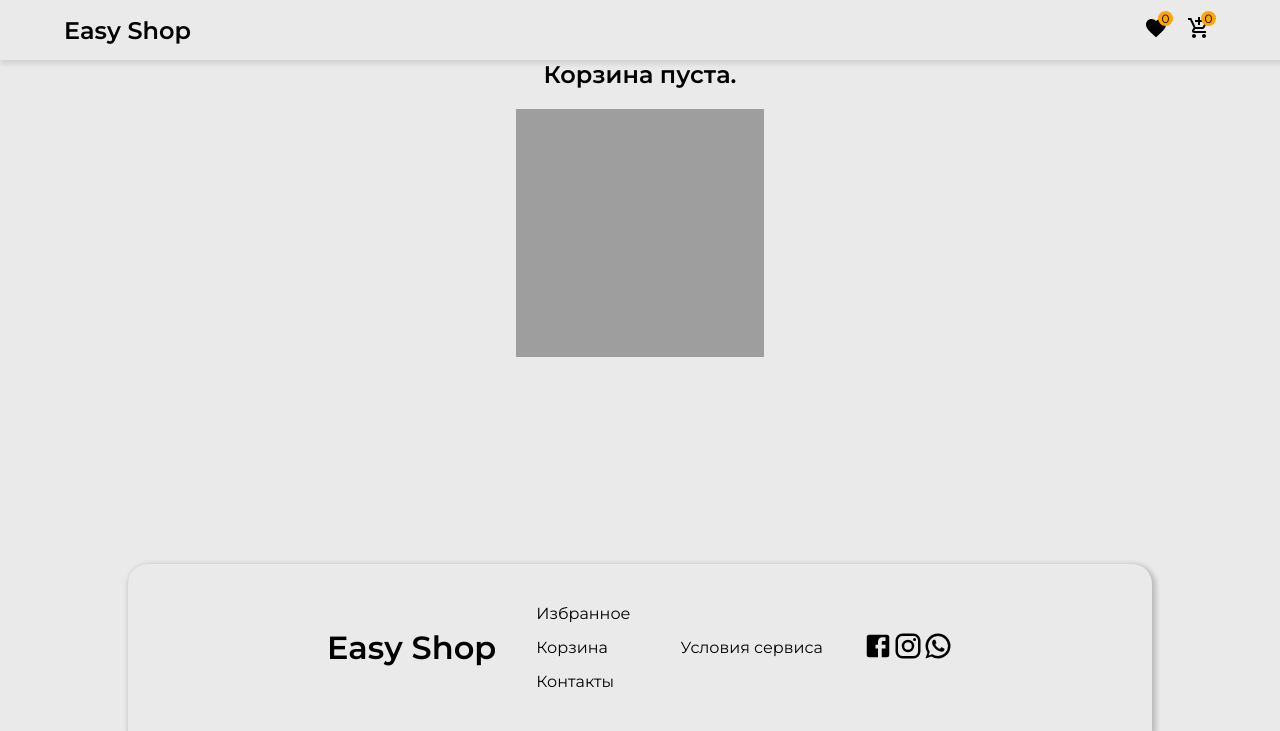
Repository: Nurlan-Bakenbaev/Easy-Shop-Firebase
Page: /cart
These files come from the project's save history. The page is drawn as it stood at one moment and after the next save; the edit follows.
The browser window is 1280 px wide. The pictures show the whole page.
Pictures or frames that could not be fetched are drawn as grey boxes. The project was rebuilt for these pictures with package versions that can differ from the ones it lists, and the page was loaded fresh each time. Also part of the build but not shown: vite.config.js, src/App.css, src/components/banner/Banner.css, src/components/banner/Banner.jsx, src/components/Card.css, src/components/Card.jsx, src/config/firebase.js, src/components/pages/Home.jsx and 12 more.

Above is the page before, as saved 2023-08-16 22:07:43.

### index.html
<!doctype html>
<html lang="en">
  <head>
    <meta charset="UTF-8" />
    <link rel="icon" href="https://firebasestorage.googleapis.com/v0/b/kleinerladen-6644f.appspot.com/o/icons8-gescha%CC%88ft-48.png?alt=media&token=b65c329f-4ff2-43c8-be87-2ec025365196" >
    <link rel="preconnect" href="https://fonts.googleapis.com">
    <link rel="preconnect" href="https://fonts.gstatic.com" crossorigin>
    <link href="https://fonts.googleapis.com/css2?family=Montserrat:wght@400;600&display=swap" rel="stylesheet">
    <link rel="preconnect" href="https://fonts.googleapis.com">
<link rel="preconnect" href="https://fonts.gstatic.com" crossorigin>
<link href="https://fonts.googleapis.com/css2?family=Poppins:wght@300;600&display=swap" rel="stylesheet">
    <link rel="icon" type="image/svg+xml" href="/vite.svg" />
    <meta name="viewport" content="width=device-width, initial-scale=1.0" />
    <title>Small Shop</title>
  </head>
  <body>
    <div id="root"></div>
    <script type="module" src="/src/main.jsx"></script>
  </body>
</html>

### src/main.jsx
import React from "react";
import ReactDOM from "react-dom/client";
import App from "./App.jsx";
import "./index.css";

ReactDOM.createRoot(document.getElementById("root")).render(
  <React.StrictMode>

      <App />
  </React.StrictMode>
);

### src/App.jsx
import Navbar from "./components/navbar/Navbar";
import "./App.css";
import Home from "./components/pages/Home";
import { BrowserRouter, Routes, Route, json } from "react-router-dom";
import Footer from "./components/footer/Footer";
import Favorites from "./components/pages/Favorites";
import TermsOfUse from "./components/pages/TermsOfUse";
import Contacs from "./components/pages/Contacs";
import { useState, useEffect } from "react";
import AboutProduct from "./components/pages/AboutPage/AboutProduct";
import Cart from "./components/pages/CartPage/Cart";
import Order from "./components/pages/VerifyingOrder/Order";

function App() {
  const [favorite, setFavorite] = useState([]);
  const [cartItem, setCartItem] = useState([]);

  const handleAddToCart = (item) => {
    const existItem = cartItem.find((el) => el.id === item.id);
    if (existItem) {
      const updatedCart = cartItem.map((el) =>
        el.id === item.id ? { ...el, total: el.total + 1 } : el
      );
      setCartItem(updatedCart);
      localStorage.setItem("products", JSON.stringify(updatedCart));
    } else {
      const newItem = { ...item, total: 1 };
      setCartItem([...cartItem, newItem]);
    }
  };
  const removeFromToCart = (item) => {
    const existItem = cartItem.find((el) => el.id === item.id);
    if (existItem) {
      const updatedCart = cartItem.map((el) =>
        el.id === item.id ? { ...el, total: Math.max(1, el.total - 1) } : el
      );
      setCartItem(updatedCart);
      localStorage.setItem("products", JSON.stringify(updatedCart));
    } else {
      const newItem = { ...item, total: 1 };
      setCartItem([...cartItem, newItem]);
    }
  };
  useEffect(() => {
    const local = JSON.parse(localStorage.getItem("products"));
    if (local) {
      setCartItem(local);
    }
  }, []);
  const deleteItemfromCart = (item) => {
    const newProduct = cartItem.filter((el) => el.id !== item.id);
    localStorage.setItem("products", JSON.stringify(newProduct));
    setCartItem(newProduct);
  };

  const handleFavorite = (fav) => {
    const newFavorite = favorite.filter((el) => el.name !== fav.name);
    localStorage.setItem("favorite", JSON.stringify(newFavorite));
    setFavorite(newFavorite);
  };

  function handleClick(item) {
    let isPresent = false;
    favorite.forEach((product) => {
      if (item.name === product.name) isPresent = true;
    });
    if (isPresent) return;
    localStorage.setItem("favorite", JSON.stringify(favorite));
    setFavorite([...favorite, item]);
  }
  useEffect(() => {
    const favorits = JSON.parse(localStorage.getItem("favorite"));
    if (favorits) {
      setFavorite(favorits);
    }
  }, []);
  return (
    <>
      <BrowserRouter>
        <Navbar size={favorite.length} items={cartItem} />
        <div className="container">
          <Routes>
            <Route
              path="/"
              element={
                <Home
                  handleClick={handleClick}
                  handleFavorite={handleFavorite}
                  favorite={favorite}
                />
              }
            />
            <Route
              path="/favorites"
              element={
                <Favorites
                  favorite={favorite}
                  handleFavorite={handleFavorite}
                />
              }
            />
            <Route path="/terms" element={<TermsOfUse />} />
            <Route path="/contacs" element={<Contacs />} />
            <Route
              path="/aboutproduct/:id"
              element={<AboutProduct handleAddToCart={handleAddToCart} />}
            />
            <Route
              path="/cart"
              element={
                <Cart
                  cartItem={cartItem}
                  deleteItemfromCart={deleteItemfromCart}
                  removeFromToCart={removeFromToCart}
                  handleAddToCart={handleAddToCart}
                />
              }
            />
            <Route path="/orderpage" element={<Order cartItem={cartItem} />} />
          </Routes>
        </div>
        <Footer />
      </BrowserRouter>
    </>
  );
}

export default App;

### src/index.css
*{
    padding: 0;
    margin: 0;
    box-sizing: border-box;
    font-family: 'Montserrat', sans-serif;

}
body{
    background-color: #EAEAEA;
}
.container{
    width: 90%;
    margin: 0 auto;
    min-height: 70vh;
}
a{
    text-decoration: none;
    color: black;
    cursor: pointer;
}
li{
    list-style-type:none;
}
iframe{
    border: none;
}
@media (max-width:320px){
    .container{
        width: 100%;
        padding: 15px;
      }
      .terms {
        margin: 10px;
        gap: 20px;
      }
}

### src/components/navbar/Navbar.jsx
import React from "react";
import "./Navbar.css";
import FavoriteIcon from "@mui/icons-material/Favorite";
import AddShoppingCartIcon from "@mui/icons-material/AddShoppingCart";
import { Link } from "react-router-dom";
const Navbar = ({ size,items }) => {

  const totalQuantity = items.reduce((total, item) => total + item.total, 0);
  return (
    <>
      <header>
        <nav>
          <div className="left-nav dflex">
            <Link to={"/"}>
              <h2>Easy Shop</h2>
            </Link>

            {/* <select id="choose Phone">
              <option value="iphone-13">Выбрать модель</option>
              <option value="iphone-13-pro">iPhone 13 Pro</option>
              <option value="iphone-13-mini">iPhone 13 Mini</option>
              <option value="iphone-se-2022">iPhone SE </option>
              <option value="iphone-se-plus">iPhone SE Plus</option>
            </select> */}
          </div>
          <div className="right-nav dflex">
            <div className="favotite-icon">
              <Link to={"/favorites"}>
                <FavoriteIcon />
                <span>{size}</span>
              </Link>
            </div>
            <div className="cart-icon">
              <Link to={'/cart'}>
                <AddShoppingCartIcon />
              </Link>
              <span>{totalQuantity}</span>
            </div>
          </div>
        </nav>
      </header>
    </>
  );
};

export default Navbar;

### src/components/footer/Footer.jsx
import React from "react";
import FacebookIcon from "@mui/icons-material/Facebook";
import InstagramIcon from "@mui/icons-material/Instagram";
import WhatsAppIcon from "@mui/icons-material/WhatsApp";
import { Link } from "react-router-dom";
import "./Footer.css";
const Footer = () => {
  return (
    <footer className="footer ">
      <div>
        <Link to={"/"}>
          <h1>Easy Shop</h1>
        </Link>
      </div>
      <div>
        <ul>
          <Link to={"/favorites"}>
            {" "}
            <li>Избранное</li>
          </Link>

          <li>
            <Link to={"/cart"}>Корзина</Link>
          </li>
          <Link to={"/contacs"}>
            <li>Контакты</li>
          </Link>
        </ul>
      </div>
      <div>
        <Link to={"/terms"}>
          <p style={{ padding: "10px", borderRadius: "20px" }}>
            Условия сервиса
          </p>
        </Link>
      </div>
      <div className="social-media">
        <FacebookIcon />
        <InstagramIcon />
        <WhatsAppIcon />
      </div>
    </footer>
  );
};

export default Footer;

### src/components/pages/CartPage/Cart.jsx
import "./Cart.css";
import DeleteIcon from "@mui/icons-material/Delete";
import { Link } from "react-router-dom";

const Cart = ({
  cartItem,
  deleteItemfromCart,
  handleAddToCart,
  removeFromToCart,
}) => {
  if (!cartItem || cartItem.length === 0) {
    return (
      <div style={{display:'flex',alignItems:'center',justifyContent:'center',flexDirection:'column-reverse'}}>
        <img style={{width:'40vh', height:'40vh', padding:'20px'}} src='https://firebasestorage.googleapis.com/v0/b/kleinerladen-6644f.appspot.com/o/Illustration.png?alt=media&token=533dcc39-1e48-4d73-9b09-15d122d75f39' alt="Пустая Корзина" />
        <h2 style={{ textAlign: "center" }}>Корзина пуста.</h2>
      </div>
    );
  }
  return (
    <div className="cart-wrapper">
      <div className="cart-container">
        {cartItem.map((item, index) => (
          <div className="cart-item" key={index}>
            <div className="item-data">
              <div>
                <img src={item.img} alt={item.title} />
                <div className="cart-btn d-flex">
                  <button onClick={() => removeFromToCart(item)}>-</button>
                  <span>{item.total}</span>
                  <button onClick={() => handleAddToCart(item)}>+</button>
                </div>
              </div>
              <div className="item-title">
                <h2>{item.title}</h2>
                <p>${item.price}</p>
              </div>
            </div>
            <div className="delete-btn">
              <button onClick={() => deleteItemfromCart(item)}>
                <DeleteIcon />
              </button>
            </div>
          </div>
        ))}
      </div>
      <div className="total-btn">
        <h3>
          Итого: <span>{}</span>
        </h3>
        <button className="cart-btn">
          <Link to={"/orderpage"}>Перейти к оформлению</Link>
        </button>
      </div>
    </div>
  );
};

export default Cart;

### src/components/navbar/Navbar.css
header {
  box-shadow: 2px 2px 5px 2px rgba(0, 0, 0, 0.1);
  position: sticky;
  top: 0;
  z-index: 999;
  background: #eaeaea;
}
/* select{
 background-color: transparent;
} */
nav {
  display: flex;
  flex-direction: row;
  justify-content: space-between;
  align-items: center;
  height: 60px;
  width: 90%;
  margin: 0 auto;
}
.dflex {
  display: flex;
  flex-direction: row;
  gap: 5px;
  align-items: center;
}
select {
  border: none;
  margin-left: 20px;
  outline: none;
}
.right-nav {
  gap: 20px;
  cursor: pointer;
}
.favotite-icon,
.cart-icon {
  position: relative;
  height: 39px;
  width: 35px;
  display: flex;
  justify-content: center;
  align-items: center;
  animation-duration: 0.5s;
  animation-fill-mode: both;
}
.favotite-icon:hover,
.cart-icon:hover {
  animation-name: shake;
}
@keyframes shake {
  0% {
    transform: translateX(0);
  }
  20% {
    transform: translateX(-2px);
  }
  40% {
    transform: translateX(2px);
  }
  60% {
    transform: translateX(-2px);
  }
  80% {
    transform: translateX(2px);
  }
  100% {
    transform: translateX(0);
  }
}
.right-nav span {
  position: absolute;
  top: 0;
  right: 0;
  font-size: 12px;
  background-color: orange;
  width: 15px;
  height: 15px;
  border-radius: 50%;
  display: flex;
  justify-content: center;
  align-items: center;
}

### src/components/footer/Footer.css
.dflex {
  display: flex;
  flex-direction: row;
  align-items: center;
  gap: 8px;
}
footer {
  display: flex;
  justify-content: center;
  gap: 30px;
  align-items: center;
  border-top-left-radius: 20px;
  border-top-right-radius: 20px;
  box-shadow: 2px 2px 5px 2px rgba(0, 0, 0, 0.2);
  padding: 30px;
  position: relative;
  bottom: 0;
  left: 0;
  right: 0;
  width: 80%;
  margin: 0 auto;
  transition: background-color 0.3s ease-in;
}
footer:hover {
  background-color: white;
}
footer li {
  margin: 5px;
  padding: 5px;
  transition: background-color 0.5s ease;
  border-radius: 20px;
}
footer li:hover{
  background-color: rgb(223, 145, 0);
}
.social-media svg {
  font-size: 30px;
}
@media (max-width: 320px) {
  .footer {
  display: flex;
  flex-direction: column;
  width: 100%;
  text-align: center;
  }
  footer li {
    margin: 13px;
    padding: 8px;
  }
}

After the next save:
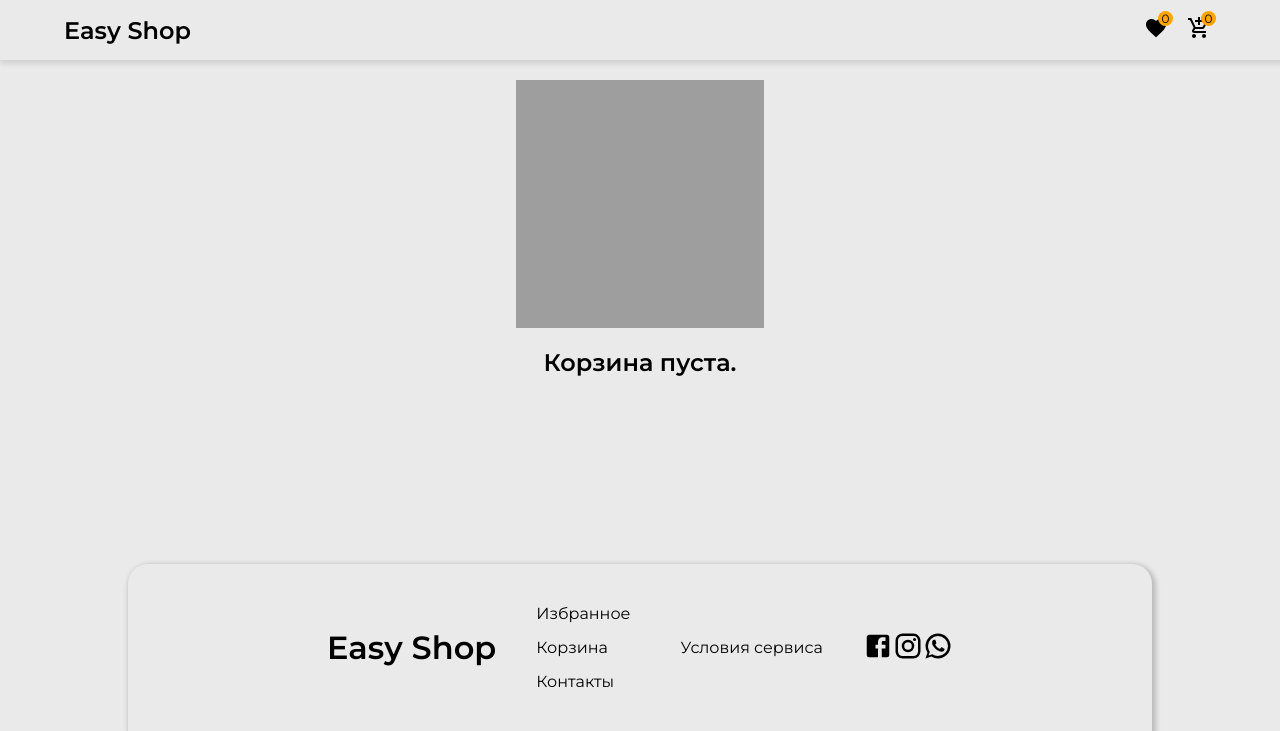
Saved 11 s later.
--- a/src/components/pages/CartPage/Cart.jsx
+++ b/src/components/pages/CartPage/Cart.jsx
@@ -10,7 +10,7 @@ const Cart = ({
 }) => {
   if (!cartItem || cartItem.length === 0) {
     return (
-      <div style={{display:'flex',alignItems:'center',justifyContent:'center',flexDirection:'column-reverse'}}>
+      <div style={{display:'flex',alignItems:'center',justifyContent:'center',flexDirection:'column'}}>
         <img style={{width:'40vh', height:'40vh', padding:'20px'}} src='https://firebasestorage.googleapis.com/v0/b/kleinerladen-6644f.appspot.com/o/Illustration.png?alt=media&token=533dcc39-1e48-4d73-9b09-15d122d75f39' alt="Пустая Корзина" />
         <h2 style={{ textAlign: "center" }}>Корзина пуста.</h2>
       </div>
